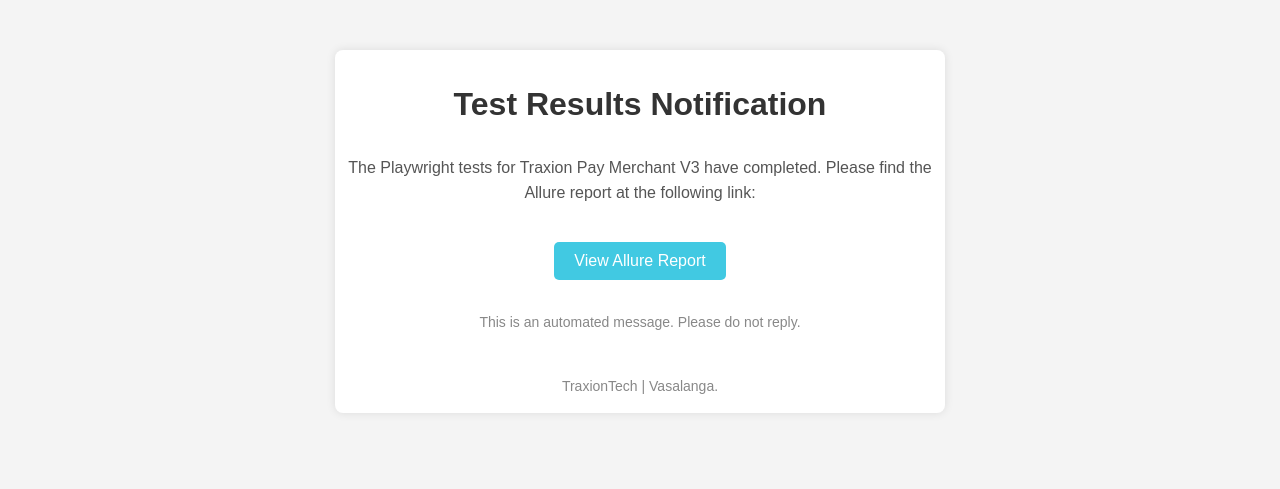
Repository: jmendozaqa24/TraxionPay-V3
Page: template.html
These files come from the project's save history. The page is drawn as it stood at one moment and after a run of saves; the edit follows.
The browser window is 1280 px wide. The pictures show the whole page.

Above is the page before, as saved 2025-01-31 10:47:11.

After the next 2 saves:
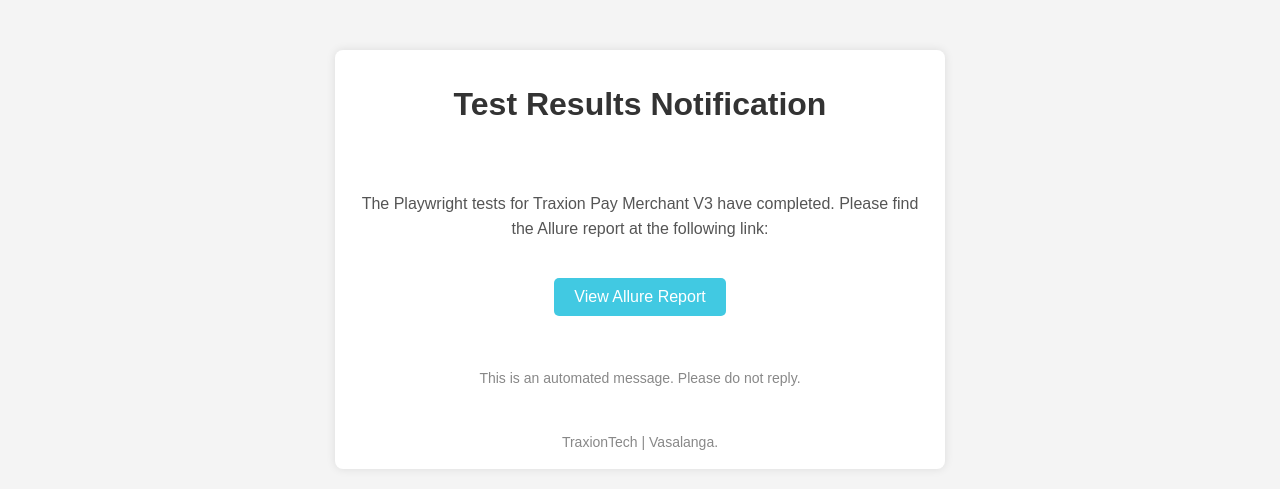
The 2 saves are shown as one change because they came seconds apart.
The last was saved 13 s later.
--- a/template.html
+++ b/template.html
@@ -10,7 +10,7 @@
                     <div style="text-align: center; padding-bottom: 0">
                         <h1 style="color: #333333; margin: 5; padding: 10px; ">Test Results Notification</h1>
                     </div>
-                    <div style="text-align: center; margin: 5; padding: 0;">
+                    <div style="text-align: center; margin: 5; padding: 20px;">
                         <p style="color: #555555; font-size: 16px; line-height: 1.6;">
                             The Playwright tests for Traxion Pay Merchant V3 have completed. Please find the Allure report at the following link:
                         </p>
